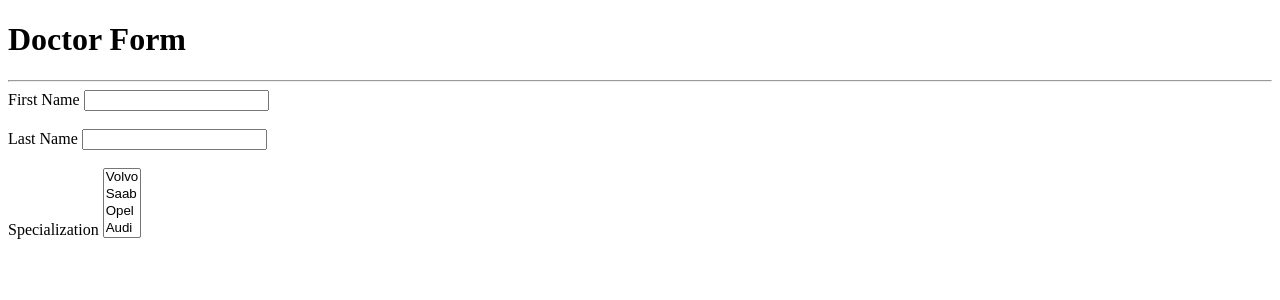
Repository: aayush105/Advance-Java
Page: http://localhost/Doctorpatient/Doctor.jsp
These files come from the project's save history. The page is drawn as it stood at one moment and after the next save; the edit follows.
The browser window is 1280 px wide. The pictures show the whole page.
The page is served by Tomcat 10. Other server files are loaded and not shown.

Above is the page before, as saved 2023-07-20 10:41:52.

### Doctorpatient/src/main/webapp/Doctor.jsp
<%@ page language="java" contentType="text/html; charset=UTF-8"
    pageEncoding="UTF-8"%>
<!DOCTYPE html>
<html>
<head>
<meta charset="UTF-8">
<title>Doctor</title>
</head>
<body>
<h1>Doctor Form</h1>
<hr>
<form action="DoctorServlet" method="POST">

First Name <input type ="text" name ="fname"><br><br>
Last Name <input type ="text" name ="lname"><br><br>
Specialization <select name="cars" id="cars" multiple>
  <option value="volvo">Volvo</option>
  <option value="saab">Saab</option>
  <option value="opel">Opel</option>
  <option value="audi">Audi</option>
</select>

</form>
</body>
</html>

After the next save:
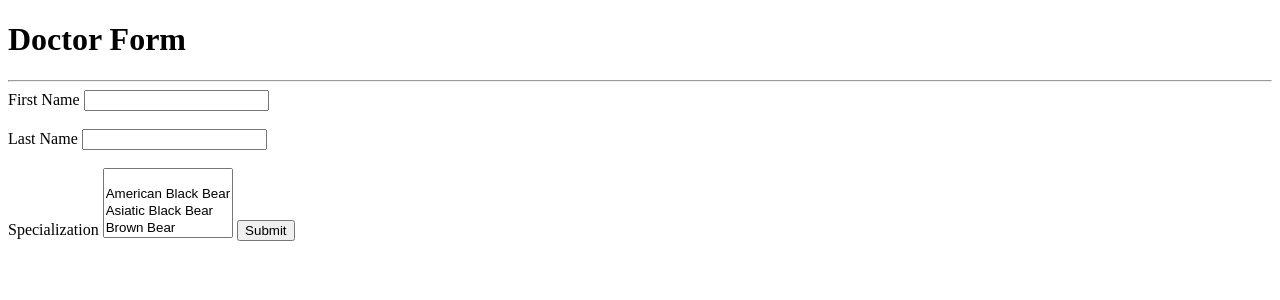
Saved 95 s later.
--- a/Doctorpatient/src/main/webapp/Doctor.jsp
+++ b/Doctorpatient/src/main/webapp/Doctor.jsp
@@ -13,12 +13,18 @@
 
 First Name <input type ="text" name ="fname"><br><br>
 Last Name <input type ="text" name ="lname"><br><br>
-Specialization <select name="cars" id="cars" multiple>
-  <option value="volvo">Volvo</option>
-  <option value="saab">Saab</option>
-  <option value="opel">Opel</option>
-  <option value="audi">Audi</option>
-</select>
+Specialization  <select data-placeholder="Begin typing a name to filter..." multiple class="chosen-select" name="test">
+    <option value=""></option>
+    <option>American Black Bear</option>
+    <option>Asiatic Black Bear</option>
+    <option>Brown Bear</option>
+    <option>Giant Panda</option>
+    <option>Sloth Bear</option>
+    <option>Sun Bear</option>
+    <option>Polar Bear</option>
+    <option>Spectacled Bear</option>
+  </select>
+  <input type="submit">
 
 </form>
 </body>
